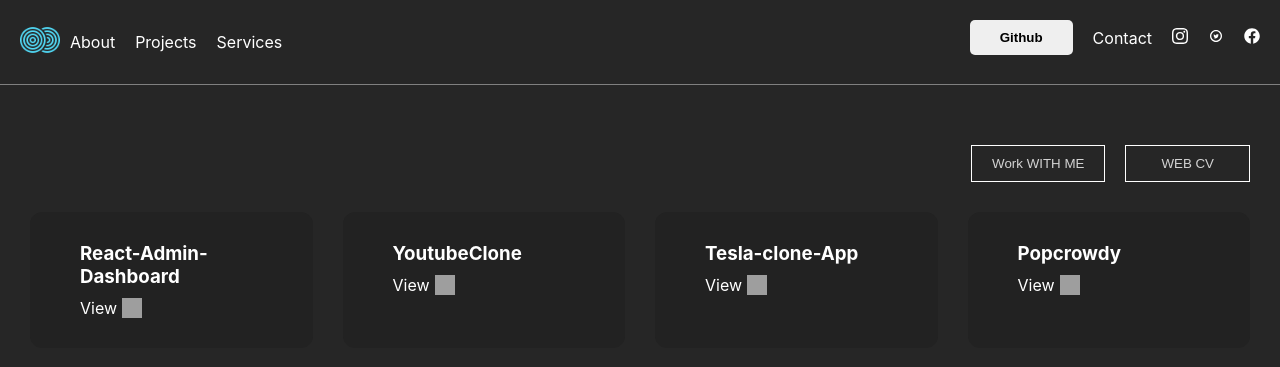
Repository: uh-sman/Portfolio
Page: /projects
These files come from the project's save history. The page is drawn as it stood at one moment and after the next save; the edit follows.
The browser window is 1280 px wide. The pictures show the whole page.
Pictures or frames that could not be fetched are drawn as grey boxes. The project was rebuilt for these pictures with package versions that can differ from the ones it lists, and the page was loaded fresh each time. Also part of the build but not shown: src/components/about.css, src/components/About.jsx, src/components/Services.jsx.

Above is the page before, as saved 2022-11-19 01:04:50.

### src/index.js
import React from "react";
import ReactDOM from "react-dom/client";
import { BrowserRouter } from "react-router-dom";
import "./index.css";
import App from "./App";

const root = ReactDOM.createRoot(document.getElementById("root"));
root.render(
  <BrowserRouter>
    <React.StrictMode>
      <App />
    </React.StrictMode>
  </BrowserRouter>
);

### src/App.js
import "./App.css";
import { Index } from "./components/index";
import { Route, Routes } from "react-router-dom";
import About from "./components/About";
import "animate.css";
import Projects from "./components/Projects";
import Services from "./components/Services";
// import Services from "./components/Services";
function App() {
  return (
    <div className="App">
      <Index />
      <Routes>
        <Route path="/" element={<About />} />
        <Route path="/projects" element={<Projects />} />
        <Route path="/services" element={<Services />} />
      </Routes>
    </div>
  );
}

export default App;

### src/App.css
* {
  margin: 0px;
  padding: 0px;
  box-sizing: border-box;
  text-decoration: none;
  list-style: none;
}
body {
  /* background: rgb(2, 0, 36);
  background: linear-gradient(
    90deg,
    rgba(2, 0, 36, 1) 0%,
    rgba(4, 14, 33, 1) 90%,
    rgba(5, 52, 61, 1) 100%
  ); */
  background: #262626;
}

### src/components/index.js
import React from "react";
import { Navbar } from "./Navbar";
import { Route, Routes } from "react-router-dom";
export const Index = () => {
  return (
    <div>
      <Navbar />
    </div>
  );
};

### src/components/Projects.jsx
import React from "react";
import RepositoriesCard from "./RepositoriesCard";
import "./projects.css";
const Projects = () => {
  return (
    <div>
      <div className="about-section">
        <div className="about-card">
          <div className="about-button">
            <button className="btn1">Work WITH ME</button>
            <button className="btn2">WEB CV</button>
          </div>
        </div>
        <div>
          <RepositoriesCard />
        </div>
      </div>
    </div>
  );
};

export default Projects;

### src/components/Navbar.jsx
import React, { useState } from "react";
import { Link } from "react-router-dom";
import logo from "../assets/ico.png";
import "./navbar.css";
import { Profile } from "./Profile";
export const Navbar = () => {
  const [active, isActive] = useState(false);
  // Get the container element
  // const activeLink = document.querySelector("nav-list");
  // const style = {
  //   backgroundColor: "red",
  //   width: "100%",
  //   height: "100%",
  // };
  // Get all buttons with class="btn" inside the container
  // const btnActive = activeLink.getElementsByClassName("btn");
  // Loop through the buttons and add the active class to the current/clicked button
  // for (var i = 0; i < btnActive.length; i++) {
  //   btnActive[i].addEventListener("click", function () {
  //     var currentMode = document.getElementsByClassName("active");
  //     currentMode[0].className = currentMode[0].className.replace("active", "");
  //     this.className += "active";
  //   });
  // }
  // activeLink.addEventListener()
  return (
    <div>
      <nav className="navbar-container">
        <div className="navbar">
          <div className="navbar-nav">
            <div>
              <a>
                <img src={logo} className="logo" />
              </a>
            </div>
            <ul className="nav-list">
              <Link to="/">
                <a href="">About</a>
              </Link>
              <Link to="/projects">
                <a href="">Projects</a>
              </Link>
              <Link to="/services" className="btn">
                <a href="">Services</a>
              </Link>
            </ul>
          </div>
          <div>
            <Profile />
          </div>
        </div>
      </nav>
    </div>
  );
};

### src/components/RepositoriesCard.jsx
import React from "react";
import "./repositories.css";
import hand from "../assets/hand-right.png";
import { repositories } from "./repositories";
const RepositoriesCard = () => {
  return (
    <div>
      <div className="card-container">
        {repositories.map(({ id, title, link }) => {
          return (
            <div className="card-content" key={id}>
              <h3>{title}</h3>
              <a href={link}>
                View
                <img src={hand} />
              </a>
            </div>
          );
        })}
      </div>
    </div>
  );
};

export default RepositoriesCard;

### src/components/projects.css
.about-section {
  color: white;
  margin: 60px 30px;
}

.about-card {
  justify-content: flex-end;
  display: flex;
}
.btn1 {
  color: lightgray;
  text-align: center;
  background: #262626;
  padding: 10px 20px;
  border: 1px solid white;
}
.btn2 {
  color: lightgray;
  text-align: center;
  margin-left: 20px;
  background: #262626;
  padding: 10px 35px;
  border: 1px solid white;
}

### src/components/navbar.css
.nav-list {
  display: flex;
  align-items: center;
  gap: 20px;
}
.nav-list a {
  color: white;
}
.navbar {
  margin: 20px 20px;
  display: flex;
  justify-content: space-between;
}
.navbar-nav {
  display: flex;
  gap: 10px;
}
.logo {
  width: 40px;
  height: 40px;
  color: white;
}
.navbar-container {
  border-bottom: 0.5px solid gray;
}
/* .btn {
  border: transparent;
  outline: none;
  background: rgba(2, 0, 36, 1) 0%;
} */
/* .active, */
/* .btnSelect:hover {
  border: none;
  border-bottom: 1px solid lightblue;
  cursor: pointer;
} */

@media only screen and (min-width: 200px) and (max-width: 950px) {
  .nav-list {
    display: none;
  }
}

### src/components/Profile.js
import React, { useState } from "react";
import { SiFacebook } from "react-icons/si";
import { FaWhatsapp, FaFacebook, FaRegWindowClose } from "react-icons/fa";
import { TiSocialTwitterCircular } from "react-icons/ti";
import { Link } from "react-router-dom";
import { BsInstagram } from "react-icons/bs";
import burger from "../assets/burger-menu.png";
import close from "../assets/icons8.png";

import "animate.css";
import "./profile.css";
export const Profile = () => {
  const [isActive, setIsActive] = useState(false);

  return (
    <div>
      <div>
        <section className="profile-section ">
          <button className="button">
            <a>Github</a>
          </button>
          <a>Contact</a>
          <a>
            <BsInstagram />
          </a>
          <a>
            <TiSocialTwitterCircular />
          </a>
          <a>
            <FaFacebook />
          </a>
        </section>
        {isActive ? (
          <div className="sidebar-container">
            <div>
              <FaRegWindowClose
                className="close"
                onClick={() => setIsActive(!isActive)}
              />
              {/* <img src={close} /> */}
            </div>
            <section className="sidebar-section ">
              <ul className="links">
                <Link to="/">
                  <a href="">About</a>
                </Link>
                <Link to="/projects">
                  <a href="">Projects</a>
                </Link>
                <Link to="/services">
                  <a href="">Services</a>
                </Link>
                <button className="button">
                  <a className="link">Github</a>
                </button>
                <a>Contact</a>
              </ul>
              <ul className="link-icons">
                <a>
                  <BsInstagram className="instagram" />
                </a>
                <a>
                  <TiSocialTwitterCircular className="twitter" />
                </a>
                <a>
                  <FaFacebook className="facebook" />
                </a>
              </ul>
            </section>
          </div>
        ) : (
          <div>
            <img
              src={burger}
              className="burger-menu"
              onClick={() => setIsActive(!isActive)}
            />
          </div>
        )}
      </div>
    </div>
  );
};

### src/components/repositories.css
.card-content {
  border-radius: 12px;

  width: 30%;
  background: #222222;
  padding: 30px 50px;
}
.card-container {
  /* display: grid; */
  display: flex;
  gap: 30px;
  margin: 30px 0px;
}
.card-content a {
  padding-top: 10px;
  display: flex;
  align-items: center;
  gap: 5px;
  color: white;
}
.card-content a img {
  width: 20px;
  height: 20px;
}
.card-content a:hover {
  border-bottom: 1px solid gray;
  width: 50px;
}
.icon-right {
  color: yellow;
}

### src/components/repositories.js
export const repositories = [
  {
    id: 1,
    link: "https://github.com/uh-sman/React-Admin-Dashboard",
    title: "React-Admin-Dashboard",
  },
  {
    id: 2,
    link: "https://github.com/uh-sman/YoutubeClone",
    title: "YoutubeClone",
  },
  {
    id: 3,
    link: "https://github.com/uh-sman/Tesla-clone-App",
    title: "Tesla-clone-App",
  },
  {
    id: 4,
    link: "https://github.com/uh-sman/Popcrowdy",
    title: "Popcrowdy",
  },
];

### src/components/profile.css
.profile-section {
  display: flex;
  gap: 20px;
  align-items: center;
  color: white;
}
.links {
  display: flex;
  flex-direction: column;
  /* display: flex; */
  align-items: center;
  gap: 20px;
}
.links a {
  color: white;
}
.sidebar-container {
  display: inline-block;
  /* margin: 0 0.5rem; */
  animation: slideInRight 2s;
  /* animation-duration: 2s; */

  height: 100%;
  width: 40%;
  top: 0px;
  right: 0px;
  background-color: #222222;
  position: absolute;
}
.burger-menu {
  width: 30px;
  height: 30px;
}
.close {
  color: white;
  width: 30px;
  height: 30px;
}
.button {
  padding: 10px 30px;
  box-shadow: gray;
  border: none;
  font-weight: 700;
  border-radius: 5px;
}
.button a {
  color: black;
}
.link-icons {
  margin-top: 20px;
  display: flex;
  align-items: center;
  gap: 10px;
}
.instagram {
  font-size: 20px;
}
.facebook {
  font-size: 20px;
}
.twitter {
  font-size: 50px;
}

@media only screen and (min-width: 200px) and (max-width: 950px) {
  .profile-section {
    display: none;
  }
}
@media only screen and (min-width: 950px) {
  .burger-menu {
    display: none;
  }
}
.sidebar-section {
  margin-top: 40%;
  justify-content: center;
  display: flex;
  flex-direction: column;
  align-items: center;
  color: white;
}
/* animate__slideInRight */

Loaded but not shown: public/index.html (common file); src/index.css (common file)

After the next save:
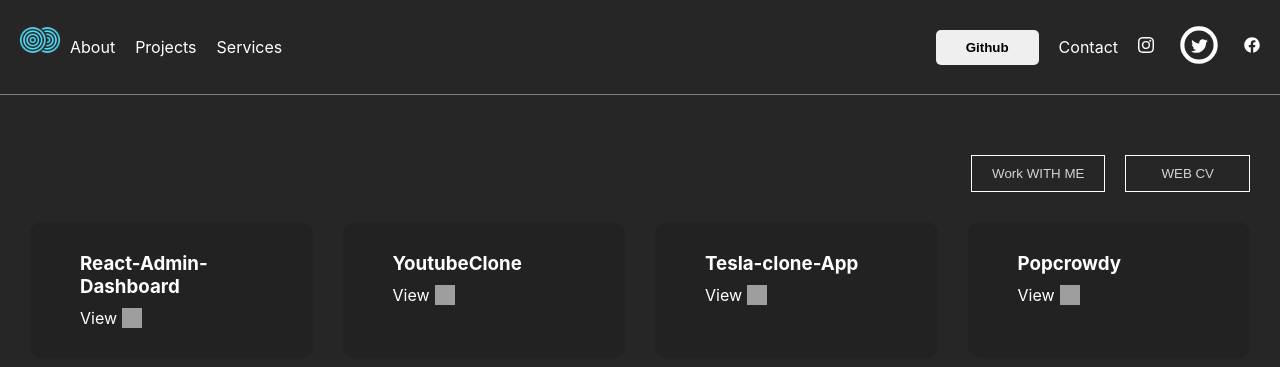
Saved 37 s later.
--- a/src/components/Profile.js
+++ b/src/components/Profile.js
@@ -24,7 +24,7 @@ export const Profile = () => {
             <BsInstagram />
           </a>
           <a>
-            <TiSocialTwitterCircular />
+            <TiSocialTwitterCircular className="twitter" />
           </a>
           <a>
             <FaFacebook />
